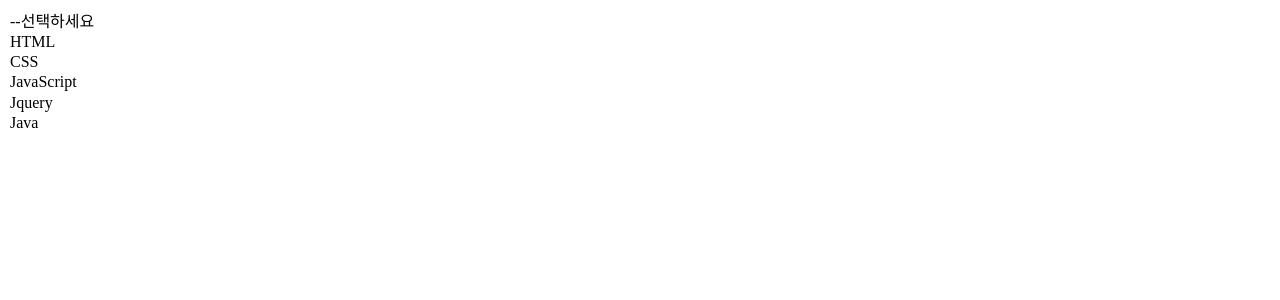
Repository: wooyeonhui/SmartContents
Page: http://localhost/MyHome4/option/optionSend.jsp
These files come from the project's save history. The page is drawn as it stood at one moment and after the next save; the edit follows.
The browser window is 1280 px wide. The pictures show the whole page.
The page is served by Tomcat 9.

Above is the page before, as saved 2017-01-13 06:09:16.

### Java/workspace_20170111/MyHome4/option/optionSend.jsp
<%@ page language="java" contentType="text/html; charset=EUC-KR"
    pageEncoding="EUC-KR"%>
<!DOCTYPE html>
<html>
<head>
<meta http-equiv="Content-Type" content="text/html; charset=EUC-KR">
<title>Insert title here</title>
</head>
<body>
<form name="form" action="optionReceive.jsp">
    <section name="subject">
           <option value="">--선택하세요</option>
           <option value="">HTML</option>
           <option value="">CSS</option>
           <option value="">JavaScript</option>
           <option value="">Jquery</option>
           <option value="">Java</option>
    </section>

</form>
</body>
</html>

After the next save:
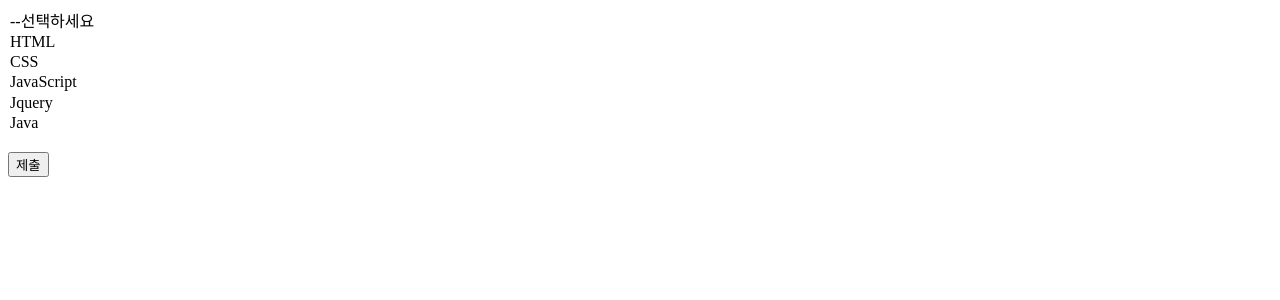
Saved 40 s later.
--- a/Java/workspace_20170111/MyHome4/option/optionSend.jsp
+++ b/Java/workspace_20170111/MyHome4/option/optionSend.jsp
@@ -17,6 +17,9 @@
            <option value="">Java</option>
     </section>
 
+    <br>
+    <input type="submit" value="제출">
+
 </form>
 </body>
 </html>
